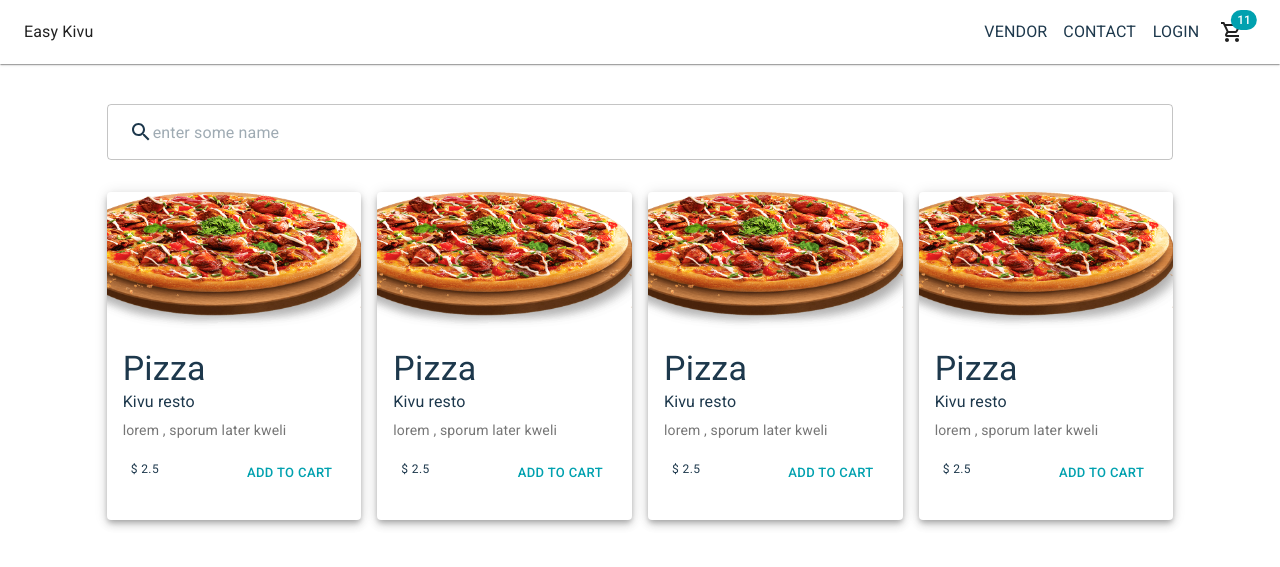
Repository: kilamaelie/jokes-dapp
Page: /
An editor plug-in stored every save of this project. The page is shown before and after the next save, followed by the edit.
The browser window is 1280 px wide. The pictures show the whole page.
The project was rebuilt for these pictures with package versions that can differ from the ones it lists, and the page was loaded fresh each time. Also part of the build but not shown: src/ui/page/dashboard/dashboard.js.

Above is the page before, as saved 2021-06-28 02:26:23.

After the next save:
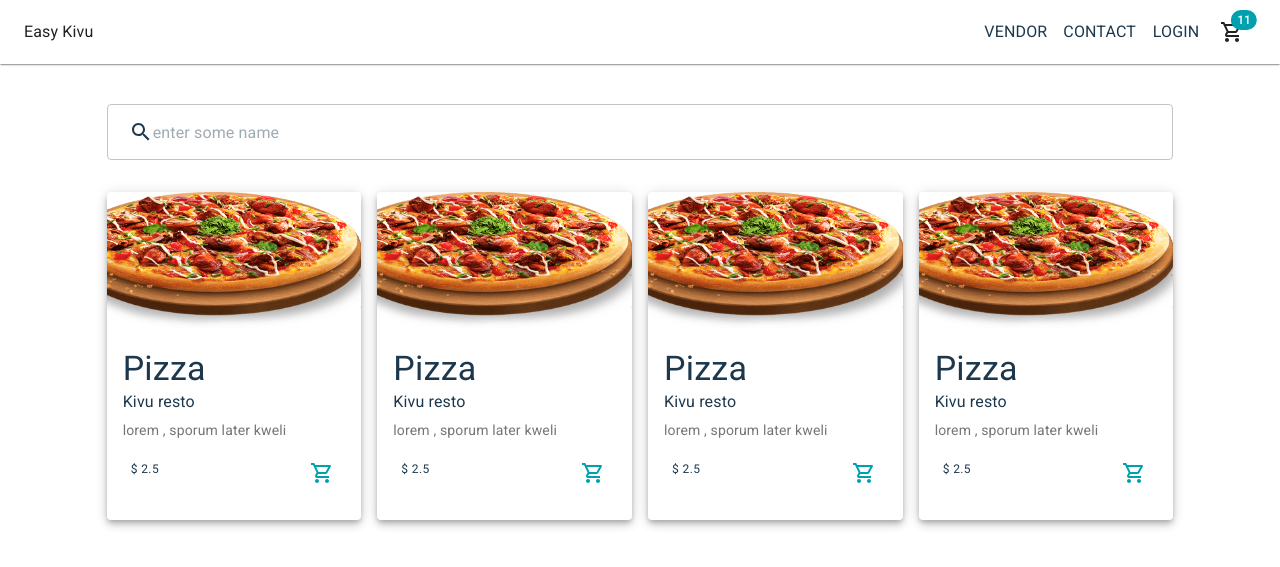
Saved 5 min 8 s later.
--- a/src/ui/page/website/screen/widget/card.js
+++ b/src/ui/page/website/screen/widget/card.js
@@ -1,5 +1,5 @@
 import React from 'react'
-import {Grid,TextField,Typography} from '@material-ui/core'
+import {Grid,TextField,Typography,IconButton} from '@material-ui/core'
 import Card from '@material-ui/core/Card';
 import CardActionArea from '@material-ui/core/CardActionArea';
 import CardActions from '@material-ui/core/CardActions';
@@ -7,6 +7,7 @@ import CardContent from '@material-ui/core/CardContent';
 import CardMedia from '@material-ui/core/CardMedia';
 import Button from '@material-ui/core/Button';
 import Pizza from '../../../../../assets/pizza.png'
+import ShoppingCartOutlinedIcon from '@material-ui/icons/ShoppingCartOutlined';
 
 
 const CardItem =()=>{
@@ -39,9 +40,9 @@ const CardItem =()=>{
             </Grid>
             <Grid item md={6} xs={6}>
               <Grid container direction="column" justify="center" alignItems="flex-end">
-              <Button size="small" color="secondary" >
-                Add to cart
-              </Button>
+              <IconButton size="small" color="secondary" >
+                <ShoppingCartOutlinedIcon/>
+              </IconButton>
               </Grid>
             </Grid>
           </Grid>
